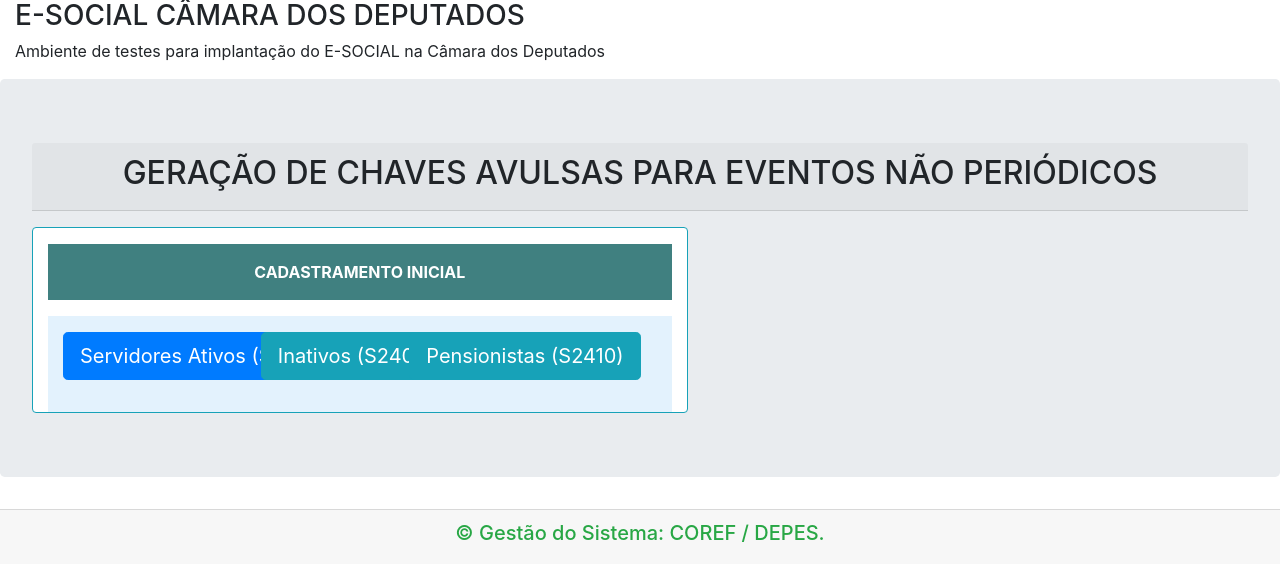
Repository: coref-depes/esocialapp
Page: http://localhost/paginaprincipal
The author's editor kept a copy of each file at every save. The page is drawn from the files as they stood at one save, then again after the next save.
The browser window is 1280 px wide. The pictures show the whole page.
Some web fonts or font styles are not loaded; a fallback is used. The page is this project's Thymeleaf template; nobody is signed in. The template is opened directly, without the code that normally fills it, so the values that code supplies are empty.

Above is the page before, as saved 2022-08-03 15:11:10.

### br.gov.camara.esocial/src/main/resources/templates/paginaprincipal.html
<!DOCTYPE html>
<html lang="pt-br" xmlns="http://www.w3.org/1999/xhtml"
	xmlns:th="http://www.thymeleaf.org"
	xmlns:layout="http://www.ultraq.net.nz/thymeleaf/layout"
	xmlns:sec="http://www.thymeleaf.org/thymeleaf-extras-springsecurity4">


<head>
<title>Sipes</title>

<meta charset="UTF-8" />
<meta http-equiv="X-UA-Compatible" content="IE=edge" />
<meta name="viewport"
	content="width=device-width, initial-scale=1, shrink-to-fit=no" />
<meta name="description" content="" />
<meta name="author" content="" />
<link rel="icon" href="/image/iconeCD.png" />

<!-- Bootstrap core CSS -->
<link rel="stylesheet"
	href="https://stackpath.bootstrapcdn.com/bootstrap/4.1.3/css/bootstrap.min.css"
	integrity="sha384-MCw98/SFnGE8fJT3GXwEOngsV7Zt27NXFoaoApmYm81iuXoPkFOJwJ8ERdknLPMO"
	crossorigin="anonymous">

<link href="/webjars/open-iconic/font/css/open-iconic-bootstrap.min.css"
	rel="stylesheet" />


 <link href="../../dist/css/bootstrap.min.css" rel="stylesheet">

<!-- Custom styles for this template -->
<!-- Bootstrap core CSS -->
<link th:href="@{/css/bootstrap.min.css}" rel="stylesheet" />
	 	<!--link th:href="@{/webjars/open-iconic/font/css/open-iconic-
	 	bootstrap.min.css}" rel="stylesheet" /-->


	<!-- Custom styles for this template -->
	<link th:href="@{/css/estilosMenu.css}" rel="stylesheet" />



</head>

<body>
	<div class="container-fluid" >
<h3 >E-SOCIAL CÂMARA DOS DEPUTADOS</h3>
          <p>Ambiente de testes para implantação do E-SOCIAL na Câmara dos Deputados</p>

	</div>




<main role="main">



	<section class="jumbotron text-center">

	<div class="card-header">
		 <h2>GERAÇÃO DE CHAVES AVULSAS PARA EVENTOS NÃO PERIÓDICOS </h2>
	</div>
	<p>
	 <div class="row col-md-10 text-center border-info ">

     <div class="card border-info col-8">
     <p>
		<div class="card-border " style="background-color: rgb(64, 128, 128); ">
		<p>
		  <p><strong class="text-white" >CADASTRAMENTO INICIAL</strong></p>
		</div>
		<p>
		<div class="nav justify-content-left"   style="background-color: #e3f2fd; ">
         <div class="row col-md-8  align-items-center justify-content-start">
          <p>
         </div>
          <div class="row col-md-12  align-items-left justify-content-start">


  			<div class="form-group col-md-4">
            	<a class="btn btn-primary btn-lg" id = "bts2200" th:href="@{/cadini/abrecadastroinicial/S2200}" role="button">Servidores Ativos (S2200 e S2300)</a></p>
             </div>
             <div class="form-group col-md-3">
            	<a class="btn btn-info btn-lg"        th:href="@{/cadinativos/abrecadastroinicial/S2400}"       role="button">Inativos (S2400 e S2410)</a></p>
             </div>
             <div class="form-group col-md-3">
            	<a class="btn btn-info btn-lg"        th:href="@{/cadinativos/abrecadastroinicial/S2400}"       role="button">Pensionistas (S2410)</a></p>
             </div>
           </div>
         </div>




    </div>
        </div>

</div>


</section>

 </main>

	<div class="card-footer  text-success bg-outline  text-center">
		<h5>&copy; Gestão do Sistema: COREF / DEPES.</h5>
	</div>





	<!-- Bootstrap core JavaScript
    ================================================== -->
	<!-- Placed at the end of the document so the pages load faster -->

	<script src="https://code.jquery.com/jquery-3.3.1.slim.min.js"
		integrity="sha384-q8i/X+965DzO0rT7abK41JStQIAqVgRVzpbzo5smXKp4YfRvH+8abtTE1Pi6jizo"
		crossorigin="anonymous"></script>
	<script
		src="https://cdnjs.cloudflare.com/ajax/libs/popper.js/1.14.3/umd/popper.min.js"
		integrity="sha384-ZMP7rVo3mIykV+2+9J3UJ46jBk0WLaUAdn689aCwoqbBJiSnjAK/l8WvCWPIPm49"
		crossorigin="anonymous"></script>
	<script
		src="https://stackpath.bootstrapcdn.com/bootstrap/4.1.3/js/bootstrap.min.js"
		integrity="sha384-ChfqqxuZUCnJSK3+MXmPNIyE6ZbWh2IMqE241rYiqJxyMiZ6OW/JmZQ5stwEULTy"
		crossorigin="anonymous"></script>


    </script>

</body>

</html>

### br.gov.camara.esocial/src/main/resources/static/css/estilosMenu.css
    font-size: 2.5rem;
    color: white;
}
#icone_grande {
    font-size: 8rem;
    color:#fff;
}

Loaded but not shown: br.gov.camara.esocial/src/main/resources/static/css/bootstrap.min.css (library)

After the next save:
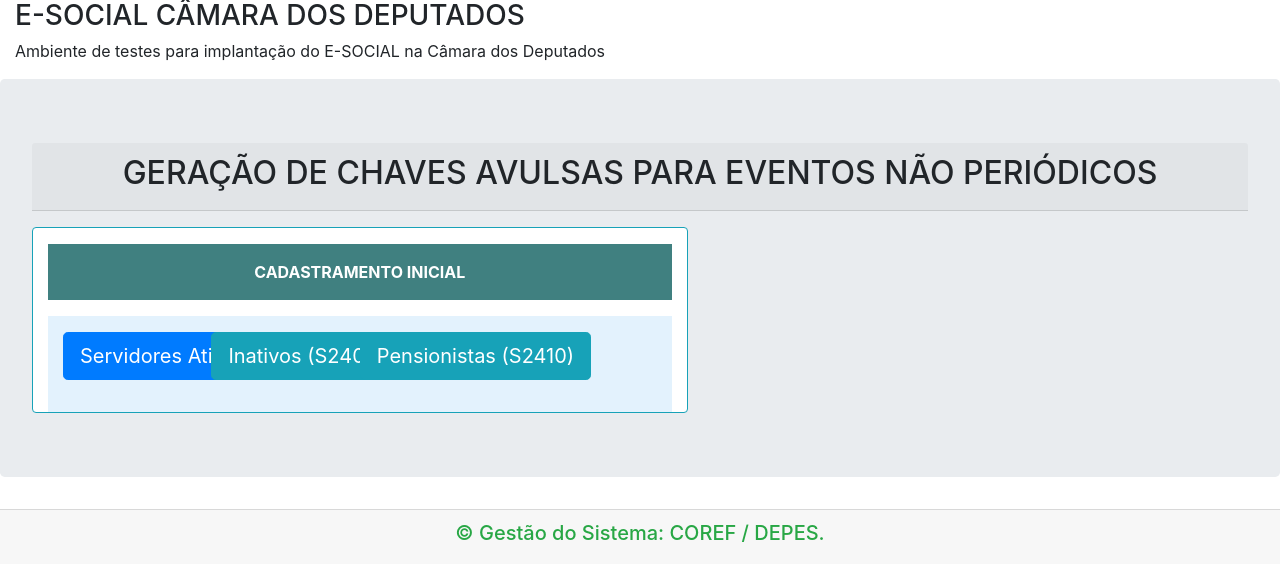
Saved 50 s later.
--- a/br.gov.camara.esocial/src/main/resources/templates/paginaprincipal.html
+++ b/br.gov.camara.esocial/src/main/resources/templates/paginaprincipal.html
@@ -78,7 +78,7 @@
           <div class="row col-md-12  align-items-left justify-content-start">
 
 
-  			<div class="form-group col-md-4">
+  			<div class="form-group col-md-3">
             	<a class="btn btn-primary btn-lg" id = "bts2200" th:href="@{/cadini/abrecadastroinicial/S2200}" role="button">Servidores Ativos (S2200 e S2300)</a></p>
              </div>
              <div class="form-group col-md-3">
